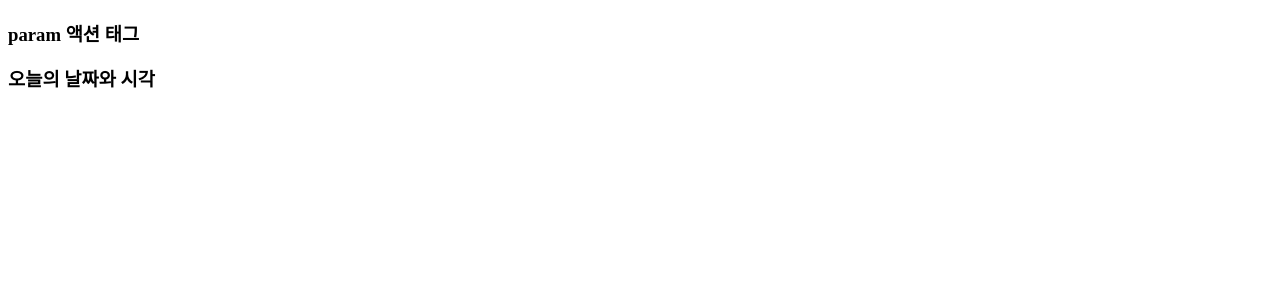
Repository: H-hyeonje/jsp
Page: http://localhost/jsbook/chapter4/4_4.jsp
An editor plug-in stored every save of this project. The page is shown before and after the next save, followed by the edit.
The browser window is 1280 px wide. The pictures show the whole page.
The page is served by Tomcat 10. Other server files are loaded and not shown.

Above is the page before, as saved 2024-10-10 02:07:20.

### jsbook/src/main/webapp/chapter4/4_4.jsp
<%@ page language="java" contentType="text/html; charset=UTF-8"
    pageEncoding="UTF-8"%>
<!DOCTYPE html>
<html>
<head>
<meta charset="UTF-8">
<title>Insert title here</title>
</head>
<body>
	<h3>param 액션 태그</h3>
	<jsp:include page="param02_data.jsp">
		<jsp:param name="title" value='<%= java.net.URLEncoder.encode("오늘의 날짜와 시각") %>' />
		<jsp:param name="date" value='<%= java.util.Calendar.getInstance().getTime() %>' />
	</jsp:include>
</body>
</html>

### jsbook/src/main/webapp/chapter4/param02_data.jsp
<%@ page language="java" contentType="text/html; charset=UTF-8"
    pageEncoding="UTF-8"%>
<!DOCTYPE html>
<html>
<head>
<meta charset="UTF-8">
<title>Insert title here</title>
</head>
<body>
	<%
		String title=request.getParameter("title");
	%>
	<h3><%= java.net.URLDecoder.decode(title) %></h3>
</body>
</html>

After the next save:
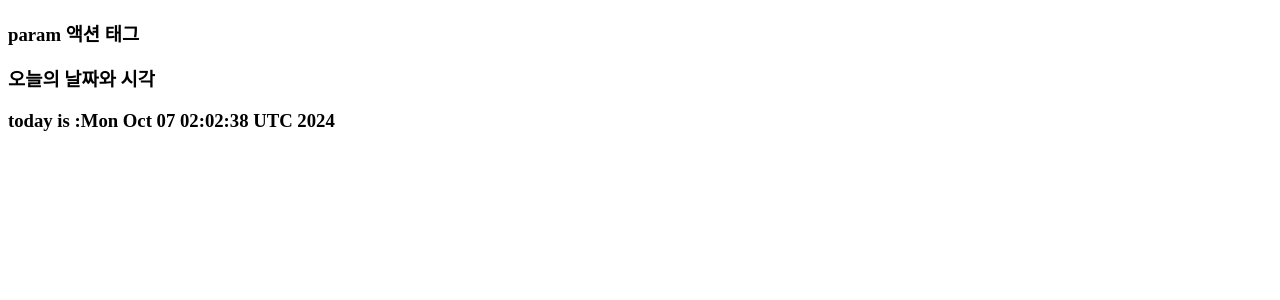
Saved 104 s later.
--- a/jsbook/src/main/webapp/chapter4/param02_data.jsp
+++ b/jsbook/src/main/webapp/chapter4/param02_data.jsp
@@ -11,5 +11,6 @@
 		String title=request.getParameter("title");
 	%>
 	<h3><%= java.net.URLDecoder.decode(title) %></h3>
+	<h3>today is :<%= request.getParameter("date") %></h3>
 </body>
 </html>
